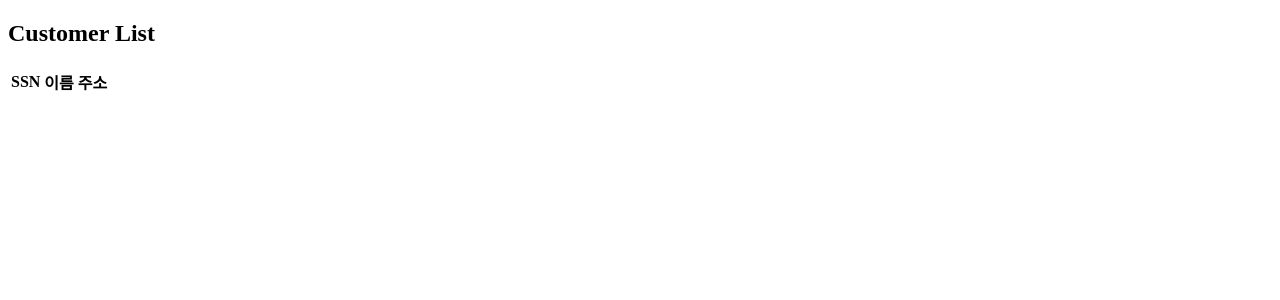
Repository: hyungryuk-zz/JAVA_CLASS
Page: http://localhost/JavaEEPrj/broker?cmd=allCustomer
The author's editor kept a copy of each file at every save. The page is drawn from the files as they stood at one save, then again after the next save.
The browser window is 1280 px wide. The pictures show the whole page.
The page is served by Tomcat 9. Other server files are loaded and not shown. Queries for data that is not in the repository find no rows.

Above is the page before, as saved 2017-07-24 06:35:25.

### JavaEEPrj/WebContent/broker/customerList.jsp
<%@ page language="java" contentType="text/html; charset=UTF-8"
    pageEncoding="UTF-8"%>
<%@ taglib prefix="c" uri="http://java.sun.com/jsp/jstl/core"%>
<!DOCTYPE html PUBLIC "-//W3C//DTD HTML 4.01 Transitional//EN" "http://www.w3.org/TR/html4/loose.dtd">
<html>
<head>
<meta http-equiv="Content-Type" content="text/html; charset=UTF-8">
<title>Insert title here</title>
</head>
<body>
<h2>Customer List</h2>
   <table>
   <tr>
      <th>SSN</th>
      <th>이름</th>
      <th>주소</th>
   </tr>
   <c:forEach var="customerList" items="${customerList}">
      <tr>
         <td><a href="broker?cmd=oneCustomer&ssn=${customerList.SSN }">${customerList.SSN }</a></td>
         <td>${customerList.name }</td>
         <td>${customerList.addr }</td>
         <td><input type="button" value="삭제" onClick="location.href='broker?cmd=delCustomer&ssn=${customerList.SSN }'">
		</td>
      </tr>
   </c:forEach>
   </table>
</body>
</html>

### JavaEEPrj/src/workshop/broker/controller/BrokerServlet.java
package workshop.broker.controller;

import java.io.IOException;
import java.io.UnsupportedEncodingException;
import java.sql.SQLException;
import java.util.List;

import javax.servlet.RequestDispatcher;
import javax.servlet.Servlet;
import javax.servlet.ServletConfig;
import javax.servlet.ServletException;
import javax.servlet.annotation.WebServlet;
import javax.servlet.http.HttpServlet;
import javax.servlet.http.HttpServletRequest;
import javax.servlet.http.HttpServletResponse;

import workshop.broker.dao.Database;
import workshop.broker.exception.DuplicateIDException;
import workshop.broker.exception.RecordNotFoundException;
import workshop.broker.vo.CustomerRec;

/**
 * Servlet implementation class BrokerServlet
 */
@WebServlet("/broker")
public class BrokerServlet extends HttpServlet {
	private static final long serialVersionUID = 1L;
	private Database dao;
	/**
	 * @see Servlet#init(ServletConfig)
	 */
	public void init(ServletConfig config) throws ServletException {

		try {
			dao = new Database();
		} catch (SQLException e) {
			// TODO Auto-generated catch block
			e.printStackTrace();
		}
	}

	/**
	 * @see Servlet#destroy()
	 */
	public void destroy() {
		if(dao!=null)
			dao.close();
	}

	/**
	 * @see HttpServlet#doGet(HttpServletRequest request, HttpServletResponse response)
	 */
	protected void doGet(HttpServletRequest request, HttpServletResponse response) throws ServletException, IOException {

		processRequest(request,response);
	}

	/**
	 * @see HttpServlet#doPost(HttpServletRequest request, HttpServletResponse response)
	 */
	protected void doPost(HttpServletRequest request, HttpServletResponse response) throws ServletException, IOException {

		processRequest(request,response);
	}
    private void processRequest(HttpServletRequest request, HttpServletResponse response) {
	      // getAllCustomers() 호출
	      // 1. getAllCustomers() 메서트 호출
	      // 2. request scope 에 저장
	      // 3. 결과 페이지로 포워딩
    	try {
			request.setCharacterEncoding("UTF-8");
		} catch (UnsupportedEncodingException e1) {
			// TODO Auto-generated catch block
			e1.printStackTrace();
		}
	      String resultPageName = "";
	      try {
	         String cmd = request.getParameter("cmd");
	         if(cmd.equals("allCustomer")) {
	            resultPageName = getAllCustomer(request);
	          	RequestDispatcher dispatcher = request.getRequestDispatcher("/broker/" +  resultPageName);
	        	 dispatcher.forward(request, response);
	         }else if(cmd.equals("oneCustomer")) {
	        	 resultPageName = getCustomer(request,request.getParameter("ssn"));	//각 ssn에 맞게 setAttribute를 하기 위해서 메소드로 지정
	        	 RequestDispatcher dispatcher = request.getRequestDispatcher("/broker/" +  resultPageName);
	        	 dispatcher.forward(request, response);
	         }else if(cmd.equals("registform")) {
	        	 RequestDispatcher dispatcher = request.getRequestDispatcher("/broker/" +  "resCustomer.jsp");
	        	 dispatcher.forward(request, response);
	         }else if(cmd.equals("resCustommer")) {
	        	 resultPageName = addCustomer(request);
	        	 RequestDispatcher dispatcher = request.getRequestDispatcher("/broker/" +  resultPageName);
	        	 dispatcher.forward(request, response);
	         }else if(cmd.equals("delCustomer")) {
	        	 resultPageName = delCustomer(request);
	        	 RequestDispatcher dispatcher = request.getRequestDispatcher("/broker/" +  resultPageName);
	        	 dispatcher.forward(request, response);
	         }
	      } catch (Exception e) {
	         e.printStackTrace();
	      }
	   }

    private String delCustomer(HttpServletRequest request) {
    	try {
			dao.deleteCustomer(request.getParameter("ssn"));
		} catch (RecordNotFoundException e) {
			// TODO Auto-generated catch block
			e.printStackTrace();
		}
		return getAllCustomer(request);

    }
    private String addCustomer(HttpServletRequest request) {
    	CustomerRec cus = new CustomerRec(request.getParameter("ssn"),request.getParameter("name"),request.getParameter("addr"));
    	try {
			dao.addCustomer(cus);
		} catch (DuplicateIDException e) {
			// TODO Auto-generated catch block
			e.printStackTrace();
		}
    	return getAllCustomer(request);
    }

    private String getCustomer(HttpServletRequest request, String ssn) throws RecordNotFoundException {
		// TODO Auto-generated method stub
		CustomerRec customer = dao.getCustomer(ssn);
		request.setAttribute("customer",customer);

    	return "customerDetail.jsp";

	}



    //전체 목록 조회
	   public String getAllCustomer(HttpServletRequest request) {
	      List<CustomerRec> customerList = null;
	      customerList = dao.getAllCustomers();
	      request.setAttribute("customerList", customerList);
	      return "customerList.jsp";
	   }

}

### JavaEEPrj/src/workshop/broker/exception/InvalidTransactionException.java
package workshop.broker.exception;
public class InvalidTransactionException extends Exception {
	public InvalidTransactionException (String msg) {
		super(msg);
	}
	public InvalidTransactionException() {
		this("This is not transaction");
	}
}

After the next save:
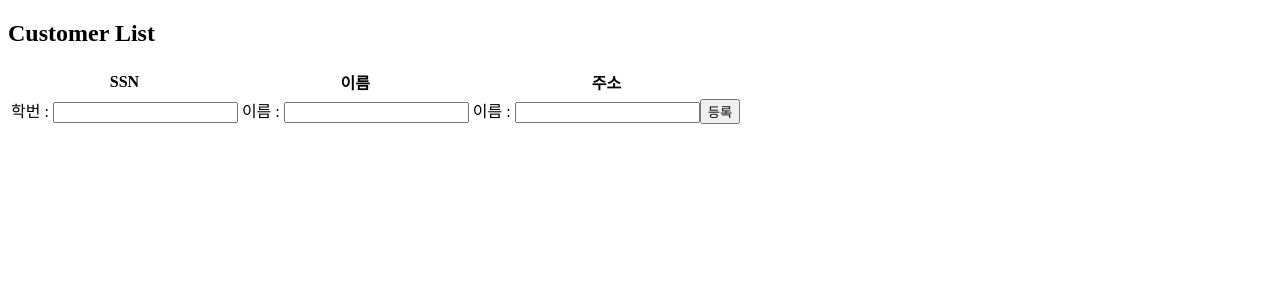
Saved 2 min 38 s later.
--- a/JavaEEPrj/WebContent/broker/customerList.jsp
+++ b/JavaEEPrj/WebContent/broker/customerList.jsp
@@ -9,21 +9,29 @@
 </head>
 <body>
 <h2>Customer List</h2>
+<form method="POST" action="broker?cmd=resCustommer">
    <table>
    <tr>
       <th>SSN</th>
       <th>이름</th>
       <th>주소</th>
    </tr>
+      <tr>
    <c:forEach var="customerList" items="${customerList}">
-      <tr>
          <td><a href="broker?cmd=oneCustomer&ssn=${customerList.SSN }">${customerList.SSN }</a></td>
          <td>${customerList.name }</td>
          <td>${customerList.addr }</td>
          <td><input type="button" value="삭제" onClick="location.href='broker?cmd=delCustomer&ssn=${customerList.SSN }'">
 		</td>
-      </tr>
    </c:forEach>
+   <td>
+		학번 : <input type="number" name="ssn"></td>
+		<td>이름 : <input type="text" name = "name"></td>
+		<td>이름 : <input type="text" name = "addr"></
+		<td><input type="submit" value="등록"></td>
+
+   </tr>
    </table>
+   </form>
 </body>
 </html>
